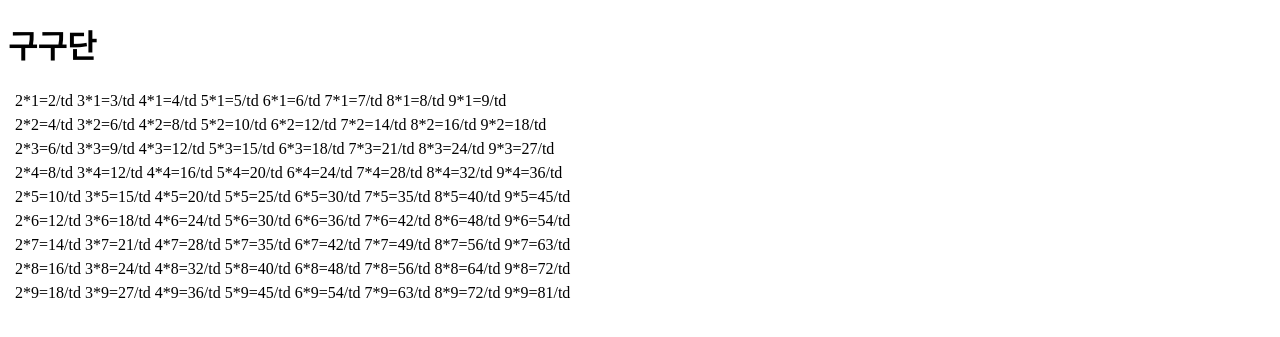
Repository: hwa3845/fullstackjava
Page: http://localhost/web02/ex04.jsp
The author's editor kept a copy of each file at every save. The page is drawn from the files as they stood at one save, then again after the next save.
The browser window is 1280 px wide. The pictures show the whole page.
The page is served by Tomcat 9.

Above is the page before, as saved 2025-04-15 02:31:56.

After the next save:
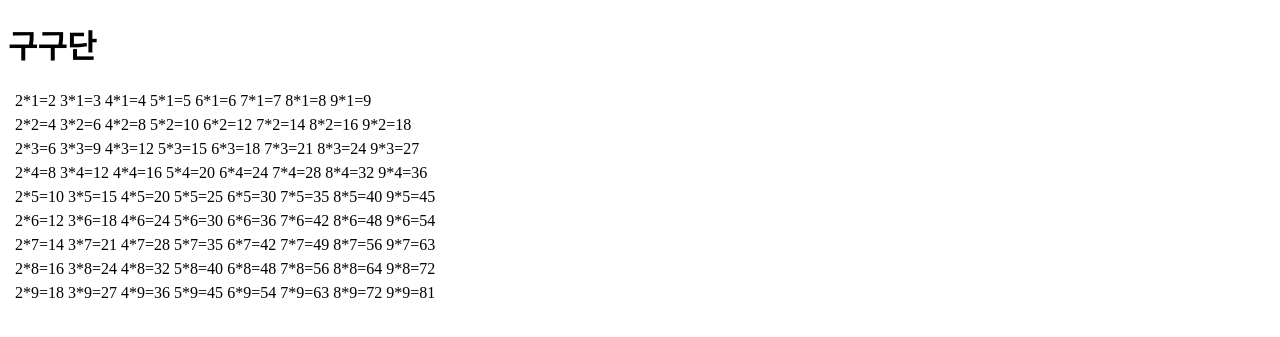
Saved 11 s later.
--- a/webWorkspace/web02/WebContent/ex04.jsp
+++ b/webWorkspace/web02/WebContent/ex04.jsp
@@ -17,7 +17,7 @@ for(int i=1; i<10; i++){
 <td>
 <%
 	for(int j=2; j<10; j++){
-out.print("<td>"+j+"*"+i+"="+j*i+"/td");
+out.print("<td>"+j+"*"+i+"="+j*i+"</td>");
 	}
 %>
 </td>
